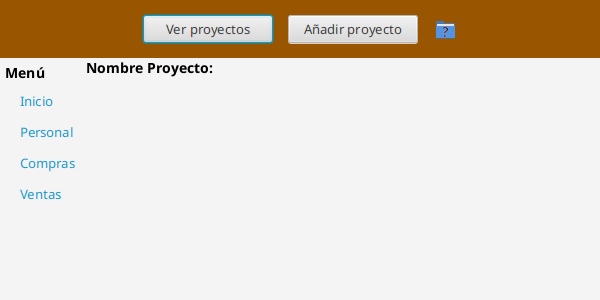
Repository: anxoportela/PROG
Program's window: java Java_Interfaz/ProyectoJavaFX/src/com/acarballeira/javaFX/ejemplo8/App.java
The author's editor kept a copy of each file at every save. The program's window is drawn from the files as they stood at one save, then again after the next save.
It runs on Java 21 on a 1366 x 768 screen with JavaFX 11; the title bar is not drawn. It also reads Java_Interfaz/ProyectoJavaFX/src/com/acarballeira/javaFX/recursos/icona_cartafol.

Above is the program's window before, as saved 2020-03-05 20:45:06.

### Java_Interfaz/ProyectoJavaFX/src/com/acarballeira/javaFX/ejemplo8/App.java
package com.acarballeira.javaFX.ejemplo8;

import java.io.InputStream;
import javafx.application.Application;
import javafx.geometry.Insets;
import javafx.geometry.Pos;
import javafx.scene.Scene;
import javafx.scene.control.Button;
import javafx.scene.control.Hyperlink;
import javafx.scene.control.Label;
import javafx.scene.image.Image;
import javafx.scene.image.ImageView;
import javafx.scene.layout.BorderPane;
import javafx.scene.layout.GridPane;
import javafx.scene.layout.HBox;
import javafx.scene.layout.Pane;
import javafx.scene.layout.StackPane;
import javafx.scene.layout.VBox;
import javafx.scene.paint.Color;
import javafx.scene.text.Font;
import javafx.scene.text.FontWeight;
import javafx.scene.text.Text;
import javafx.stage.Stage;

public class App extends Application {
	@Override
	public void start(Stage primaryStage) {

		primaryStage.setTitle("Ola Mundo!!!");

		BorderPane bp = new BorderPane();
		HBox hbox = (HBox) crearHbox();
		VBox vbox = (VBox) crearVbox();
		StackPane sp = (StackPane) crearStackPane();
		GridPane gp = (GridPane) crearGridPane();

		bp.setTop(hbox);
		bp.setLeft(vbox);
		hbox.setAlignment(Pos.CENTER);
		hbox.getChildren().add(sp);
		bp.setCenter(gp);

		Scene primaryScene = new Scene(bp, 600, 300, Color.AQUA);
		primaryStage.setScene(primaryScene);
		primaryStage.show();

	}

	private Pane crearGridPane() {
		GridPane grid = new GridPane();
		Text titulo = new Text("Nombre Proyecto: ");
		titulo.setFont(Font.font("Verdana", FontWeight.BOLD, 14));
		grid.add(titulo, 1, 0);
		return grid;
	}

	private Pane crearStackPane() {
		StackPane stack = new StackPane();
		InputStream is = App.class.getResourceAsStream("/com/acarballeira/javaFX/recursos/icona_cartafol.png");
		Image img = new Image(is);
		ImageView imgV = new ImageView(img);
		imgV.setFitHeight(25);
		imgV.setFitWidth(25);

		Text ayuda = new Text("?");
		ayuda.setFont(Font.font("Verdana", FontWeight.BOLD, 14));
		ayuda.setFill(Color.BLACK);
		ayuda.setStroke(Color.web("#9090C0"));
		//ayuda.setStrokeWidth(2.5);
		stack.setMargin(ayuda, new Insets(5,0,0,0));
		stack.getChildren().add(imgV);
		stack.getChildren().add(ayuda);
		return stack;
	}

	private Pane crearHbox() {
		HBox hbox = new HBox();
		Button btn1 = new Button("Ver proyectos");
		Button btn2 = new Button("Añadir proyecto");
		hbox.setPadding(new Insets(15, 15, 15, 15));
		hbox.setSpacing(15);
		hbox.setStyle("-fx-background-color: #995500");
		btn1.setPrefSize(130, 25);
		btn2.setPrefSize(130, 25);
		hbox.getChildren().addAll(btn1, btn2);
		return hbox;
	}

	private Pane crearVbox() {
		VBox vbox = new VBox();
		vbox.setSpacing(5);
		vbox.setPadding(new Insets(5));
		Text titulo = new Text("Menú");
		titulo.setFont(Font.font("Arial", FontWeight.BOLD, 14));
		vbox.getChildren().add(titulo);

		Hyperlink [] opciones = new Hyperlink[] {
				new Hyperlink("Inicio"),
				new Hyperlink("Personal"),
				new Hyperlink("Compras"),
				new Hyperlink("Ventas"),
		};

		for (int i = 0; i < opciones.length; i++) {
			VBox.setMargin(opciones[i], new Insets(0,0,0,10));
			vbox.getChildren().add(opciones[i]);
		}

		return vbox;
	}

	public static void main(String[] args) {
		Application.launch();
	}
}

After the next save:
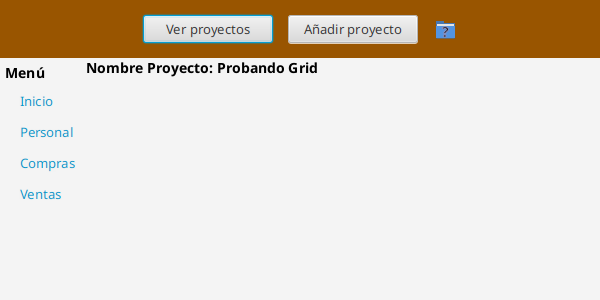
Saved 102 s later.
--- a/Java_Interfaz/ProyectoJavaFX/src/com/acarballeira/javaFX/ejemplo8/App.java
+++ b/Java_Interfaz/ProyectoJavaFX/src/com/acarballeira/javaFX/ejemplo8/App.java
@@ -48,9 +48,15 @@
 
 	private Pane crearGridPane() {
 		GridPane grid = new GridPane();
+
 		Text titulo = new Text("Nombre Proyecto: ");
 		titulo.setFont(Font.font("Verdana", FontWeight.BOLD, 14));
-		grid.add(titulo, 1, 0);
+		grid.add(titulo, 1, 2);
+
+		Text nomeProx = new Text("Probando Grid");
+		nomeProx.setFont(Font.font("Verdana", FontWeight.BOLD, 14));
+		grid.add(nomeProx, 2, 2);
+
 		return grid;
 	}
 
